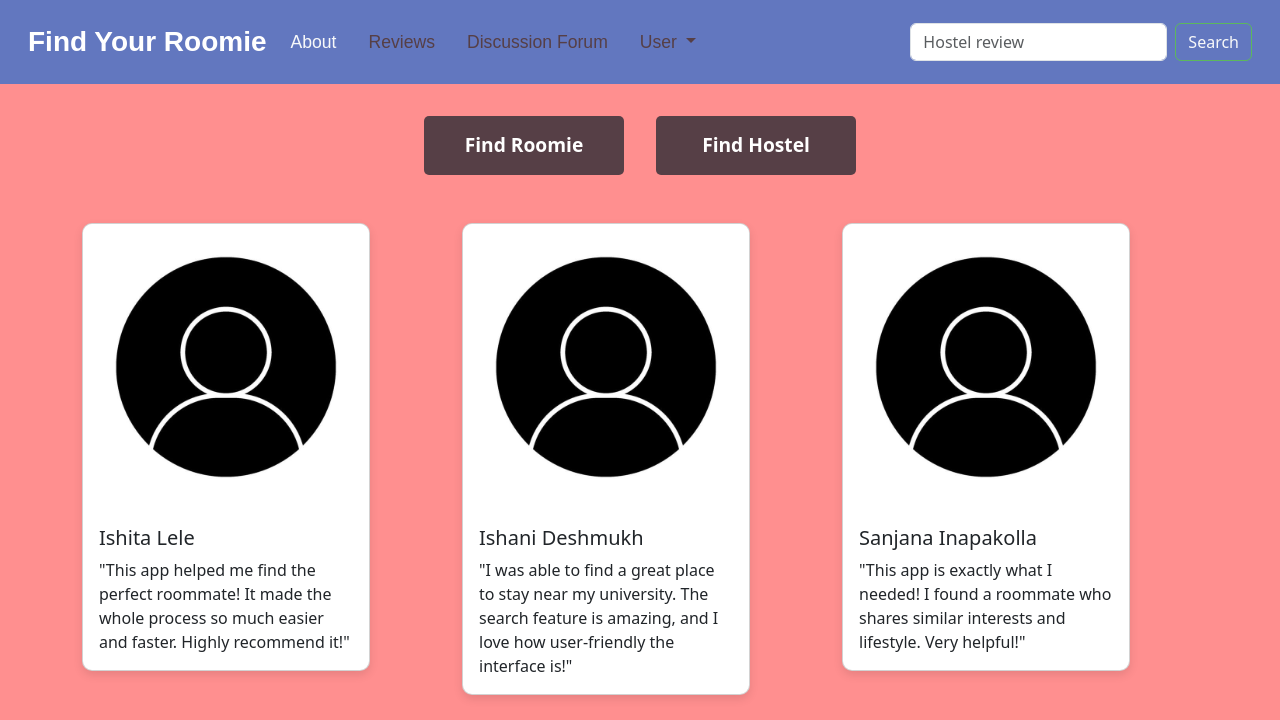
Repository: Sanjana-Inapakolla/Find-your-Roomie-website
Page: mini-project(jfst)/MiniProject/src/main/webapp/home.html
The author's editor kept a copy of each file at every save. The page is drawn from the files as they stood at one save, then again after the next save.
The browser window is 1280 px wide. The pictures show the whole page.

Above is the page before, as saved 2024-11-13 09:06:12.

After the next save:
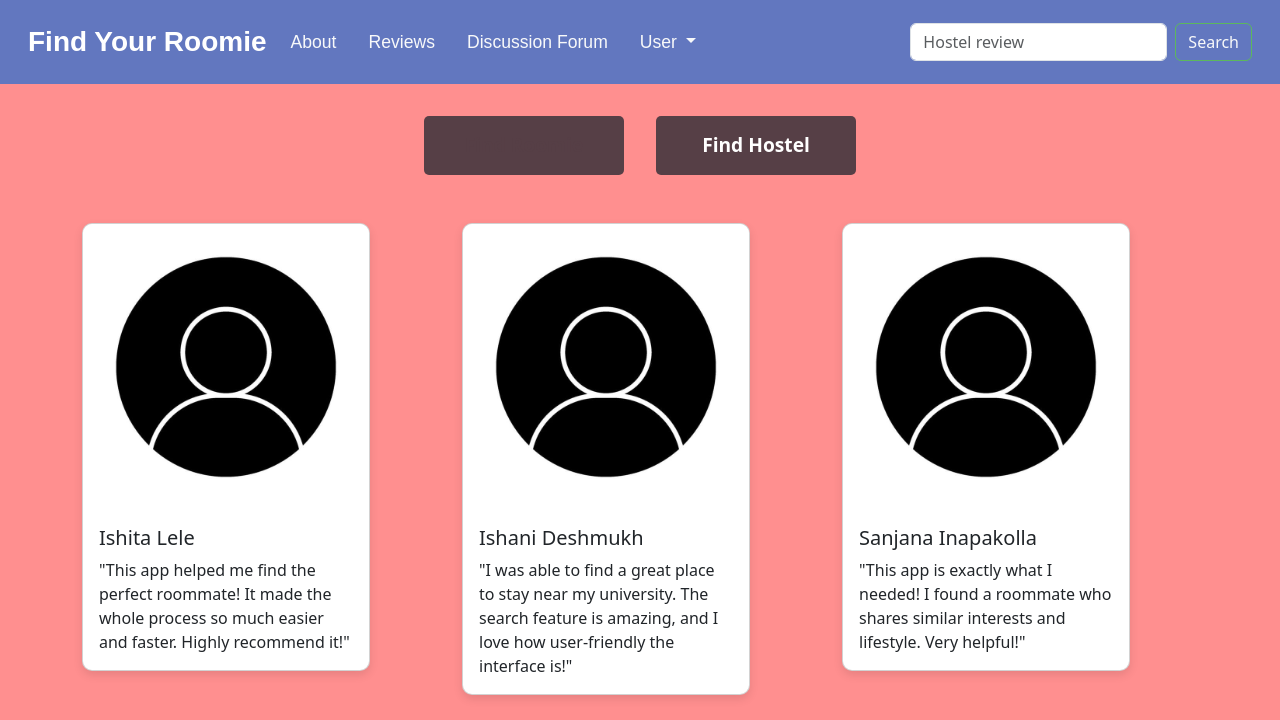
Saved 35 s later.
--- a/mini-project(jfst)/MiniProject/src/main/webapp/home.html
+++ b/mini-project(jfst)/MiniProject/src/main/webapp/home.html
@@ -22,7 +22,7 @@
 
     /* Navbar Links (Home, Reviews, Discussion Forum) */
     .navbar-nav .nav-link {
-      color: #563f46;;
+      color: #f8f9fa;
       font-size: 1.1rem;
       font-family: 'Arial', sans-serif;
       margin-right: 1rem;
@@ -81,7 +81,7 @@
 
     .find-roomie {
       background-color: #563f46;
-      color: white;
+      color: #563f46;;
       border: none;
     }
 
